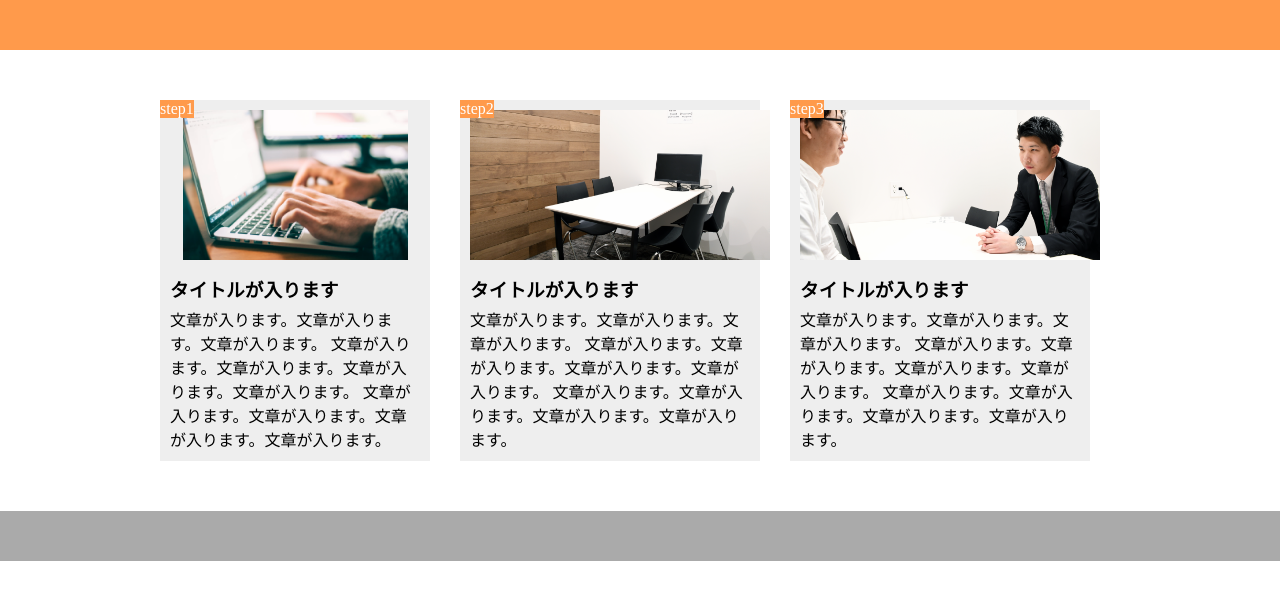
Repository: rhombus0516/bookers2-debug
Page: chapter9-2/chapter9-2.html
The author's editor kept a record of every edit. The page is drawn from the files as they stood at one moment, then again after the next edit.
The browser window is 1280 px wide. The pictures show the whole page.

Above is the page before.

### chapter9-2/chapter9-2.html
<!DOCTYPE html>
 <html lang="ja">
    <head>
     <meta charset="utf-8"/>
     <meta name="viewport" content="width=device-width,initial-scale=1">

        <link rel="stylesheet" href="chapter9-2.css">
        <title>chapter9</title>
    </head>

    <body>
        <header></header>

        <main>
            <div class="main-item">
                <div class="step1"></div>
                <span class="number">step1</span>
                <h3 class="title">タイトルが入ります</h3>
                <p class="text">文章が入ります。文章が入ります。文章が入ります。
                文章が入ります。文章が入ります。文章が入ります。文章が入ります。
                文章が入ります。文章が入ります。文章が入ります。文章が入ります。
                </p>
            </div>

            <div class="main-item">
                <div class="step2"></div>
                <span class="number">step2</span>
                <h3 class="title">タイトルが入ります</h3>
                <p class="text">文章が入ります。文章が入ります。文章が入ります。
                文章が入ります。文章が入ります。文章が入ります。文章が入ります。
                文章が入ります。文章が入ります。文章が入ります。文章が入ります。</p>
            </div>

            <div class="main-item">
                <div class="step3"></div>
                <span class="number">step3</span>
                <h3 class="title">タイトルが入ります</h3>
                <p class="text">文章が入ります。文章が入ります。文章が入ります。
                文章が入ります。文章が入ります。文章が入ります。文章が入ります。
                文章が入ります。文章が入ります。文章が入ります。文章が入ります。</p>
            </div>

        </main>

        <footer></footer>

    </body>
</html>

### chapter9-2/chapter9-2.css
*{
    margin: 0;
    padding: 0;
    box-sizing: border-box;
}

header{
    height: 50px;
    width: 100%;
    background-color: #FF9A4B;
}

main{
    margin: 50px auto;
    width: 960px;
    display: flex;
}

.main-item{
    width: 300px;
    background-color: #EEEEEE;
    padding: 10px 10px;
    margin-right: 30px;
    position: relative;
}

.step1{
    width:90%;
    background-image: url(img1/flow01.png);
    background-position: bottom;
    background-size: cover;
    height: 150px;
    margin: 0 auto;
}

.step2{
    width: 300px;
    background-image: url(img1/flow02.png);
    background-position: bottom;
    background-size: cover;
    height: 150px;
}

.step3{
    width: 300px;
    background-image: url(img1/flow03.png);
    background-position: bottom;
    background-size: cover;
    height: 150px;
}

.number{
    position: absolute;
    background-color: #FF9A4B;
    color: #fff;
    top: 0;
    left: 0;
}

.title{
    padding-top: 15px;
}

.text{
    padding-top: 5px;
}

footer{
    height: 50px;
    width: 100%;
    background-color: #AAAAAA;
}

@media screen and (max-width: 768px) {

    header{
        width: 100%;
    }

    main{
        display: block;
        width: 90%;
    }

    .main-item{
        margin-bottom:30px;
    }

    footer{
        width: 100%;
    }
}

After the next edit:
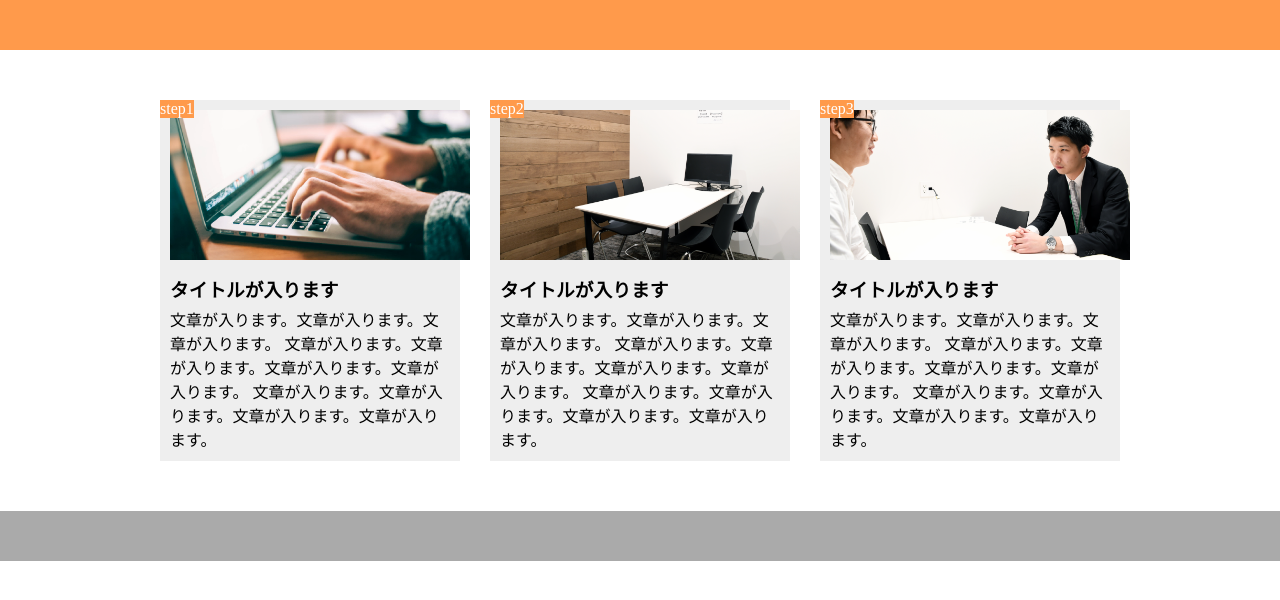
The edit:
--- a/chapter9-2/chapter9-2.css
+++ b/chapter9-2/chapter9-2.css
@@ -25,7 +25,7 @@
 }
 
 .step1{
-    width:90%;
+    width:300px;
     background-image: url(img1/flow01.png);
     background-position: bottom;
     background-size: cover;
